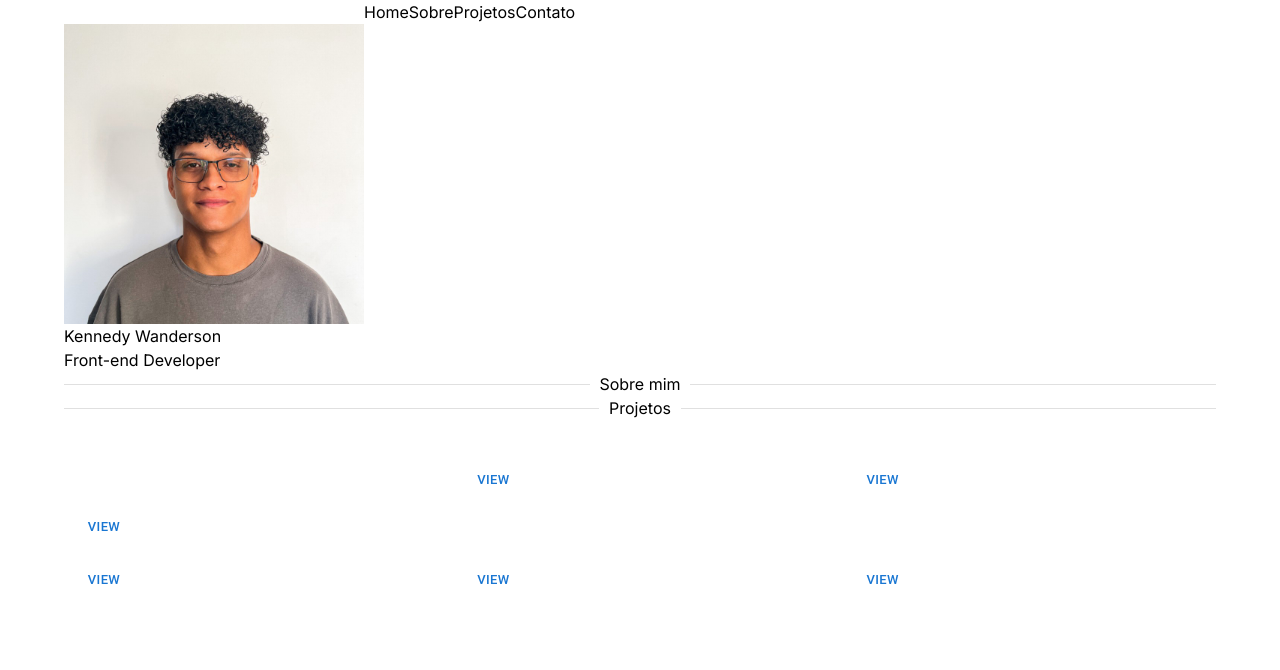
Repository: KennedyWanderson/landing
Page: /
These files come from the project's save history. The page is drawn as it stood at one moment and after a run of saves; the edit follows.
The browser window is 1280 px wide. The pictures show the whole page.
The project was rebuilt for these pictures with package versions that can differ from the ones it lists, and the page was loaded fresh each time. The framework's server and built-in components were replaced by stand-ins that run in the browser. Also part of the build but not shown: next.config.js.

Above is the page before, as saved 2024-01-07 11:14:21.

After the next 6 saves:
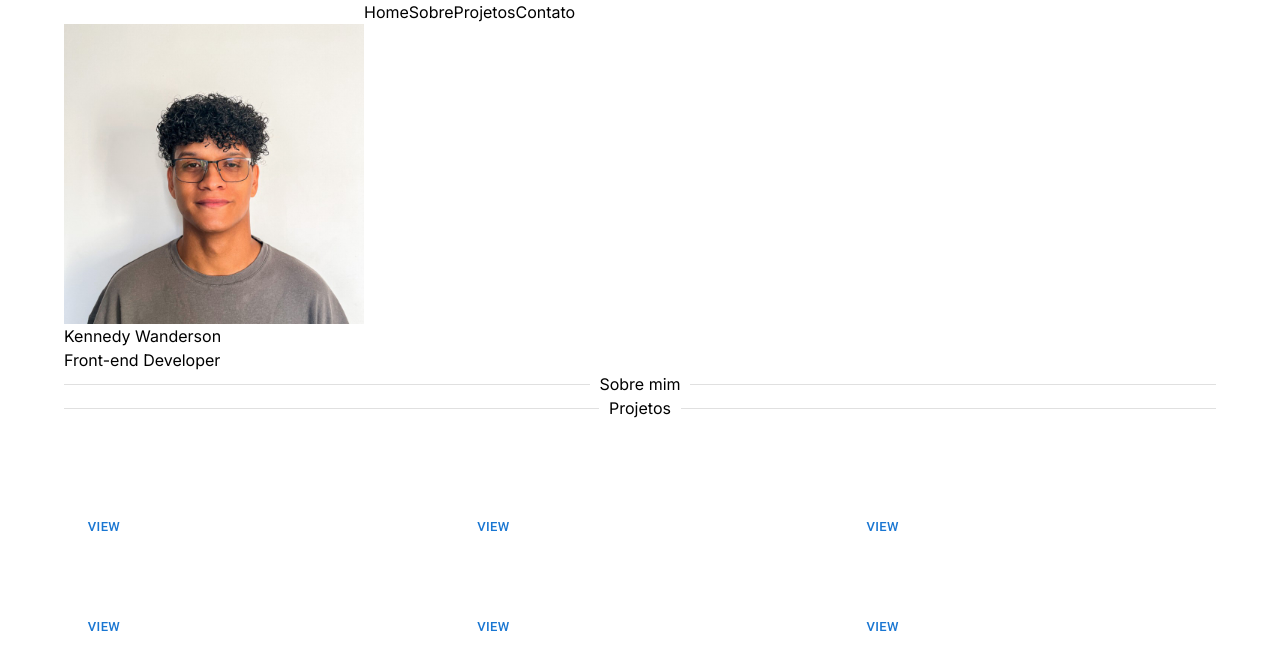
The 6 saves are shown as one change because 2 did not build or start and some came seconds apart.
The last was saved 3 min 8 s later.
--- a/src/Components/Card.tsx
+++ b/src/Components/Card.tsx
@@ -1,55 +1,51 @@
 import * as React from 'react';
-import CardContent from '@mui/material/CardContent';
-import Button from '@mui/material/Button';
-import Typography from '@mui/material/Typography';
 import gsap from 'gsap';
-import { CardActions } from '@mui/material';
+import { useRef, useEffect } from 'react';
+import { CardContent, CardActions, Typography, Button } from '@mui/material';
 
 interface AboutProps {
-    text: string;
-    // Outras propriedades
+  text: string;
+  // Outras propriedades
 }
 
 export default function CardContentComponent(props: AboutProps) {
+  const informationRef = useRef<HTMLDivElement>(null);
+  const containerRef = useRef<HTMLDivElement>(null);
 
-    React.useEffect(() => {
-        if (typeof document !== 'undefined') {
-          const informationElement = document.querySelector<HTMLElement>(".information");
-          const containerElements = document.querySelectorAll<HTMLElement>(".container");
+  useEffect(() => {
+    if (informationRef.current && containerRef.current) {
+      const informationElement = informationRef.current;
+      const containerElement = containerRef.current;
 
-          if (informationElement) {
-            gsap.set(informationElement, { yPercent: 100 });
-          }
+      gsap.set(informationElement, { yPercent: 100 });
 
-          containerElements.forEach((container) => {
-            let silhouette = container.querySelector(".silhouette .cover"),
-              tl = gsap.timeline({ paused: true });
+      gsap.utils.toArray(containerElement.querySelectorAll(".container")).forEach((container) => {
+        let silhouette = container.querySelector(".silhouette .cover"),
+          tl = gsap.timeline({ paused: true });
 
-            if (informationElement) {
-              tl.to(informationElement, { yPercent: 0 }).to(silhouette, { opacity: 0 }, 0);
-            }
+        tl.to(informationElement, { yPercent: 0 }).to(silhouette, { opacity: 0 }, 0);
 
-            container.addEventListener("mouseenter", () => tl.timeScale(1).play());
-            container.addEventListener("mouseleave", () => tl.timeScale(3).reverse());
-          });
-        }
-      }, []);
+        container.addEventListener("mouseenter", () => tl.timeScale(1).play());
+        container.addEventListener("mouseleave", () => tl.timeScale(3).reverse());
+      });
+    }
+  }, []);
 
-    return (
-        <React.Fragment>
-            <CardContent>
-                <div className="container">
-                    <Typography sx={{ fontSize: 14 }} color="text.secondary" gutterBottom>
-                        {props.text}
-                    </Typography>
-                </div>
-                {/* Outros elementos de conteúdo */}
-            </CardContent>
-            <div className="information">
-                <CardActions>
-                    <Button size="small">View</Button>
-                </CardActions>
-            </div>
-        </React.Fragment>
-    );
+  return (
+    <React.Fragment>
+      <CardContent>
+        <div ref={containerRef} className="container">
+          <Typography sx={{ fontSize: 14 }} color="text.secondary" gutterBottom>
+            {props.text}
+          </Typography>
+        </div>
+        {/* Outros elementos de conteúdo */}
+      </CardContent>
+      <div ref={informationRef} className="information">
+        <CardActions>
+          <Button size="small">View</Button>
+        </CardActions>
+      </div>
+    </React.Fragment>
+  );
 }
